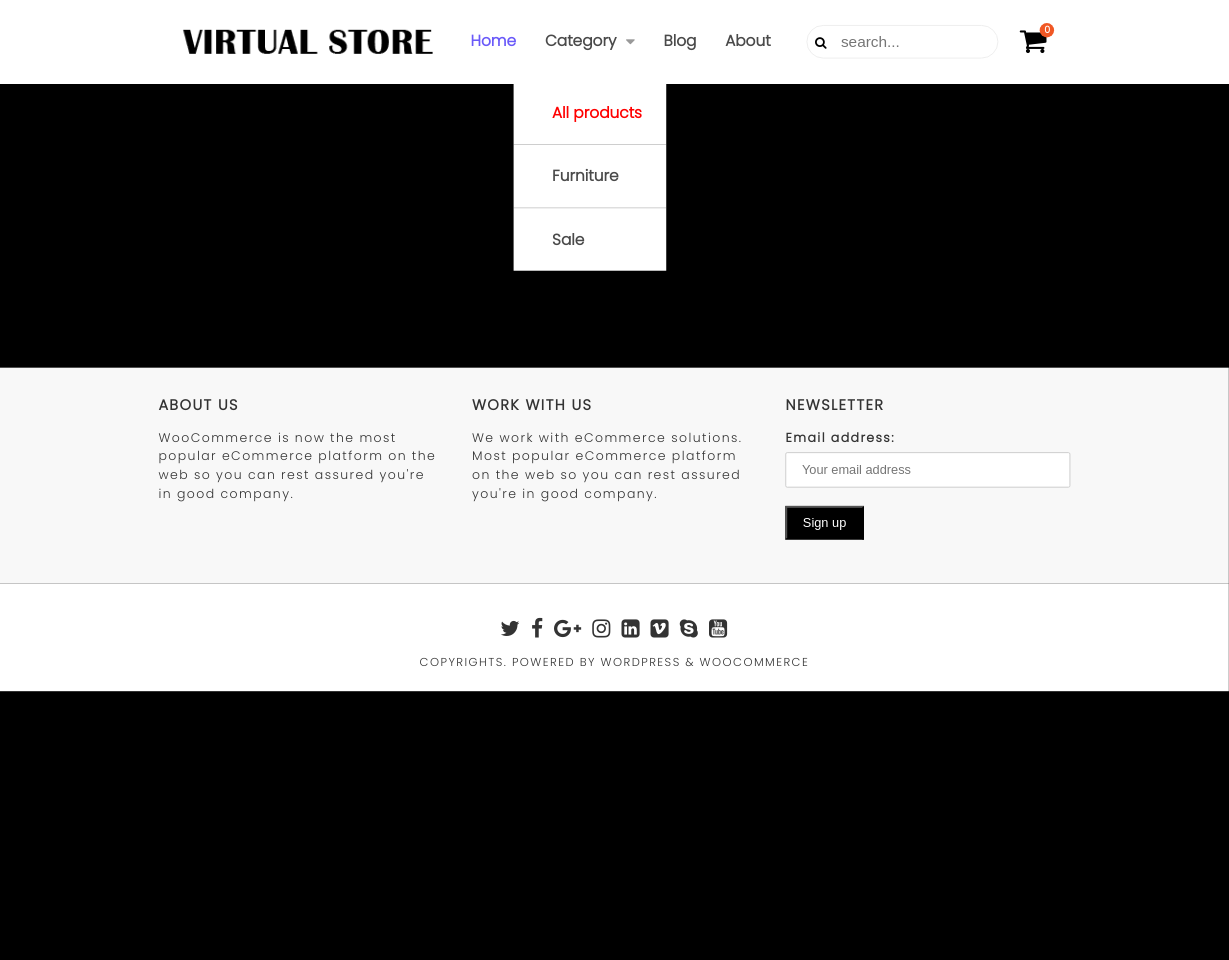
Repository: dungle03/tke_web_nhom_15
Page: index.html
The author's editor kept a copy of each file at every save. The page is drawn from the files as they stood at one save, then again after the next save.
The browser window is 1280 px wide. The pictures show the whole page, at 96% of full size.
The pointer rests on the first visible `.dropdow-item`.

Above is the page before, as saved 2022-09-14 00:08:07.
Not found: resest.css

After the next save:
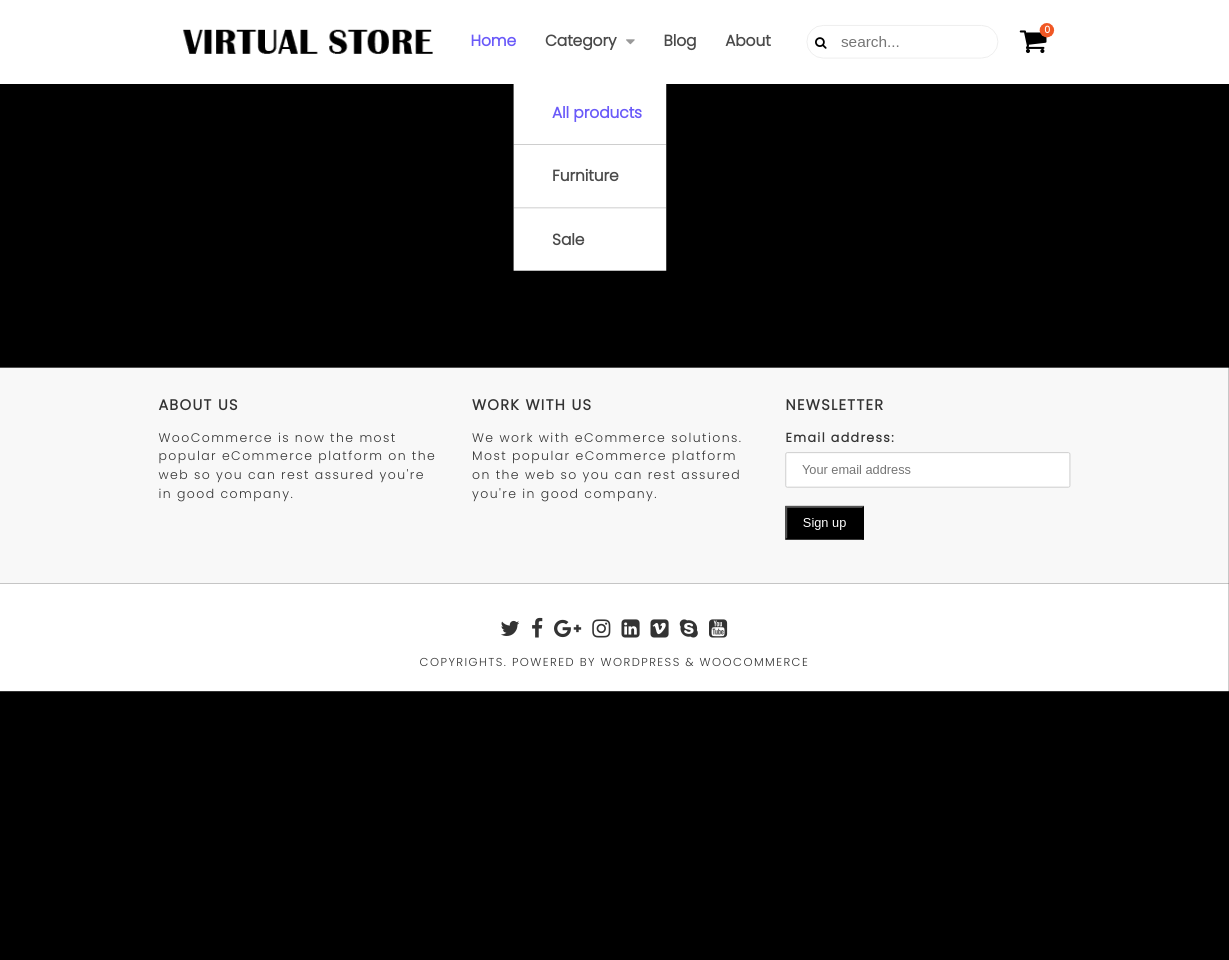
Saved 17 s later.
--- a/CSS/header.css
+++ b/CSS/header.css
@@ -155,7 +155,7 @@
   border-bottom: 1px solid #ccc;
 }
 .dropdow-item:hover span{
-  color: red;
+  color: #6a5af9;
 }
 
 
